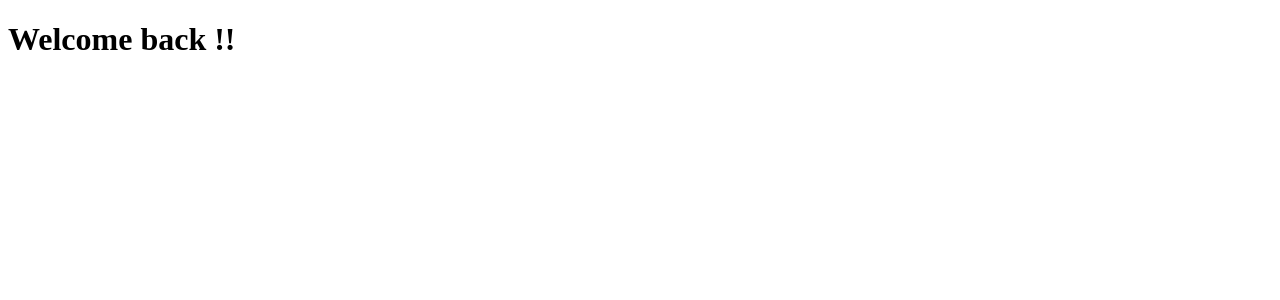
Repository: patelamancode/neog_practice_solutions
Page: index.html
An editor plug-in stored every save of this project. The page is shown before and after the next save, followed by the edit.
The browser window is 1280 px wide. The pictures show the whole page.

Above is the page before, as saved 2023-02-27 14:45:14.

After the next save:
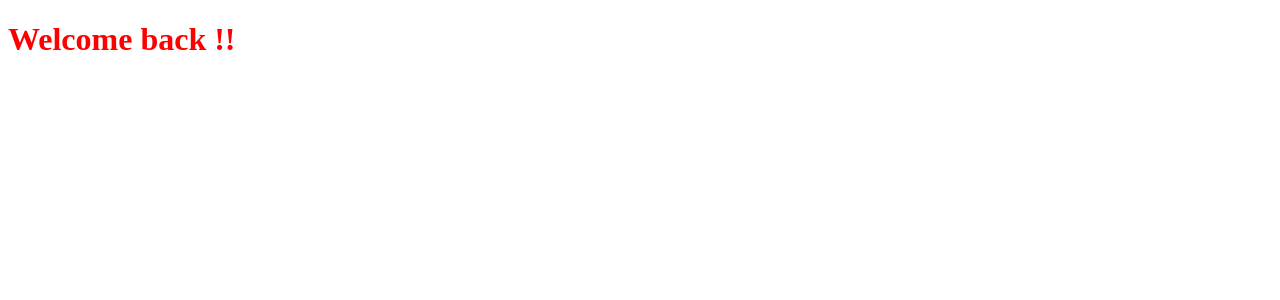
Saved 2 min 9 s later.
--- a/set4.js
+++ b/set4.js
@@ -48,3 +48,7 @@ let array = [4, 78, 8, 3, 6, 0, 12, 34];
 // ========================
 
 // 4: write an ES6 function that takes an array of words and returns an array with all its elements whose length is greater than 5.
+
+let tag = document.querySelector('#heading');
+
+tag.style.color = "red";

After the save that followed:
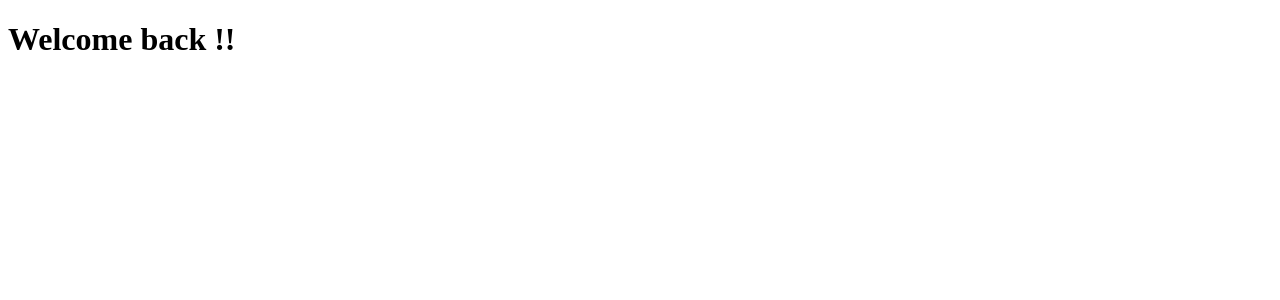
Saved 64 s later.
--- a/set4.js
+++ b/set4.js
@@ -1,3 +1,9 @@
+// let tag = document.querySelector('#heading');
+
+// tag.style.color = "red";
+
+
+
 // Solutions
 
 // 1: Write an ES6 function that accepts an array of integers and returns the maximum element in the array. Avoid using in-built methods.
@@ -33,22 +39,20 @@ let array = [4, 78, 8, 3, 6, 0, 12, 34];
 
 //  3: write an ES6 function that takes an array of numbers and converts even numbers to odd numbers by adding 1 to that number.
 
-// const evenToOddConverter = arr => {
-//     let newOddArray = [];
-//     for (let i = 0; i < arr.length; i++) {
-//         if (arr[i] % 2 === 0) {
-//             newOddArray.push(arr[i] + 1)
-//         } else {
-//             newOddArray.push(arr[i]);
-//         }
-//     }
-//     return newOddArray;
-// }
+const evenToOddConverter = arr => {
+    let newOddArray = [];
+    for (let i = 0; i < arr.length; i++) {
+        if (arr[i] % 2 === 0) {
+            newOddArray.push(arr[i] + 1)
+        } else {
+            newOddArray.push(arr[i]);
+        }
+    }
+    return newOddArray;
+}
+
+evenToOddConverter(array)
 
 // ========================
 
 // 4: write an ES6 function that takes an array of words and returns an array with all its elements whose length is greater than 5.
-
-let tag = document.querySelector('#heading');
-
-tag.style.color = "red";
